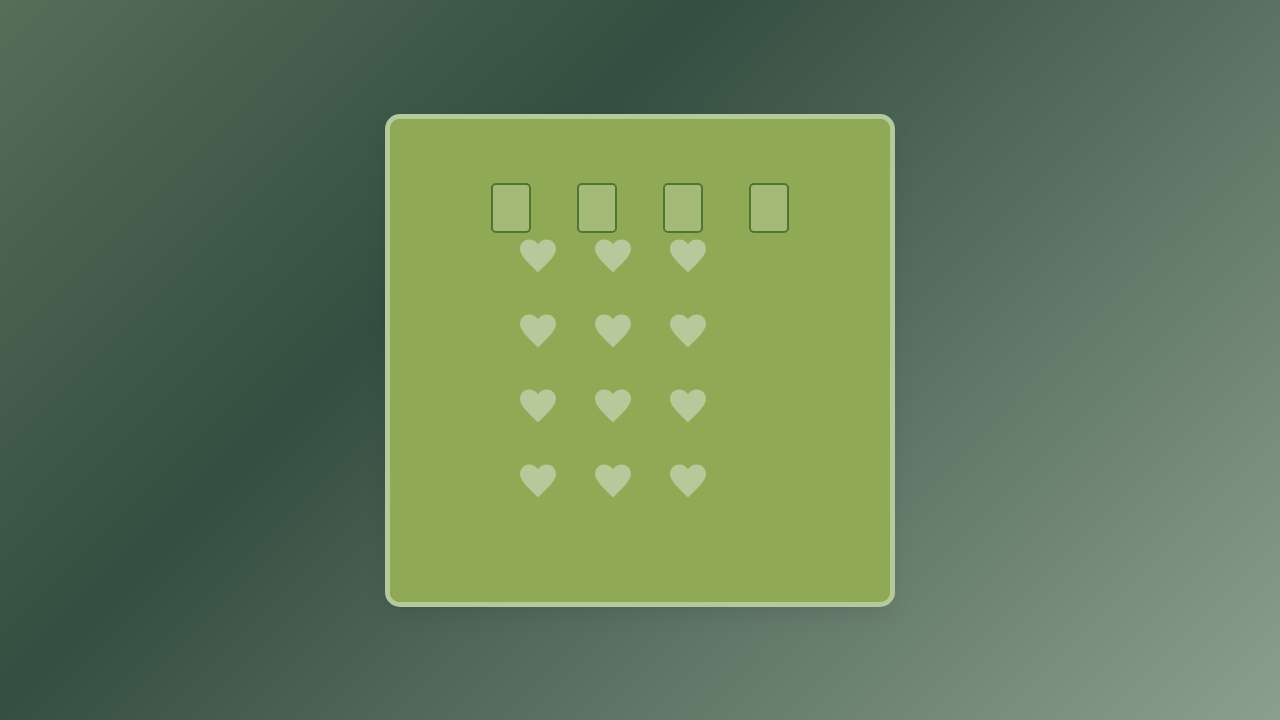
Repository: jahatesu/project-cutie
Page: index.html
An editor plug-in stored every save of this project. The page is shown before and after the next save, followed by the edit.
The browser window is 1280 px wide. The pictures show the whole page.
Some web libraries are served in a nearby version.

Above is the page before, as saved 2025-08-14 21:10:44.
Console error: TypeError: Cannot read properties of null (reading 'getBoundingClientRect')

### index.html
<!DOCTYPE html>
<html lang="en">
<head>
    <meta charset="UTF-8"
    meta http-equiv="X-UA-Compatible" content="IE=edge">
    <meta name="viewport" content="width=device-width, initial-scale=1.0">
    <title>idk yet</title>
    <link rel="stylesheet" href="https://cdnjs.cloudflare.com/ajax/libs/font-awesome/7.0.0/css/all.min.css">
    <link rel="stylesheet" href="style.css">
</head>

<body>
    <div class="wrapper">
        <!-- <i class="fa-solid fa-heart"></i>
        <h2 class="question">Do you wanna see why I think you’re the cutest?</h2>
        <div class="btn-group">
            <button class="btn-yes">Yes</button>
            <button class="btn-no">No</button>
        </div> -->

        <!-- PIN DISPLAY -->
         <div class="pin-display">
            <div class="pin-box"></div>
            <div class="pin-box"></div>
            <div class="pin-box"></div>
            <div class="pin-box"></div>
         </div>

         <!-- HEART BUTTONS -->
         <div class="heart-pad">
            <button data-num = "1">1</button>
          <button data-num = "2">2</button>
          <button data-num = "3">3</button>
          <button data-num = "4">4</button>
          <button data-num = "5">5</button>
          <button data-num = "6">6</button>
          <button data-num = "7">7</button>
          <button data-num = "8">8</button>
          <button data-num = "9">9</button>
          <button data-num = "*">*</button>
          <button data-num = "0">0</button>
          <button data-num = "#">#</button>
         </div>
    </div>

    <script src="script.js"></script>


</body>
</html>

### style.css
:root{
    --bg1:#e9f5db;
    --bg2:#90a955;
    --accent:#b5c99a;
    --ink:#232323;
    --splash-duration: 2600ms;
  }

*{
    margin: 0;
    padding: 0;
    box-sizing: border-box;
}

html, body {
    display: flex;
    justify-content: center;
    align-items: center;
    min-height: 100vh;
  width: 100%;
  height:100%;
}

body {
    background: linear-gradient(-45deg, #e9f5db, #344e41, #b5c99a, #23d5ab);
    background-size: 400% 400%;
    animation: gradient 15s ease infinite;
}

@keyframes gradient {
    0% {
        background-position: 0% 50%;
    }
    50% {
        background-position: 100% 50%;
    }
    100% {
        background-position: 0% 50%;
    }
}
.wrapper{
    position: relative;
    width: 90%;
    padding: 5%;
    max-width: 500px;
    margin: 50px 50px;
    height: fit-content;
    /* max-height: 50%; */
    background: #90a955;
    border-radius: 10px;
    display: flex;
    justify-content: center;
    align-items: center;
    box-shadow: 0 10px 25px rgba(0,0,0,0.1);
    flex-direction: column;
    text-align: center;
    outline: 5px solid #b5c99a;
}

.pin-display{
  display: flex;
  justify-content: space-between;
  margin-bottom: 20px;
  width: 80%;
}

.pin-box{
  width: clamp(30px, 9vw, 40px);
  height: clamp(30px, 9vw, 50px);
  border: 2px solid #4f772d;
  border-radius: 5px;
  background: rgba(255,255,255,0.2);
}

.heart-pad{
  display: grid;
   grid-template-columns: repeat(3, 60px);
  gap: 15px;
}

.heart-pad button {
  position: relative;
  width: 60px;
  height: 60px;
  font-size: 1.2rem;
  color: white;
  border: none;
  cursor: pointer;
  background: #b5c99a;
  clip-path: path("M12 4.248c-3.148-5.402-12-3.825-12 2.944 0 4.661 5.571 9.427 12 15.808 6.43-6.381 12-11.147 12-15.808 0-6.792-8.875-8.306-12-2.944z");
  transform: scale(1.5);

/* .wrapper i {
  font-size: 50px;
  margin-bottom: 10px;
  color: #e9f5db;
}

i{
    font-size:7.5em;
    color: #e9f5db;
    border: 5px solid transparent;
}

h2{
    font-size: 2em;
    color: #e9f5db;
    margin: 15px 0;
}
@media (max-width: 600px) {
  .h2 {
    font-size: 1.2rem;
  }
}

.btn-group{
    width: 100%;
    height: 40px;
    display: flex;
    justify-content: center;
    margin-top: 15px;
}

button {
    position: absolute;
    width: 150px;
    height: inherit;
    font-size: 1.2em;
    color: #e9f5db;
    font-weight: 600;
    border-radius: 30px;
    border: 2px solid #4f772d;
    cursor: pointer;
    box-shadow: 0 5px 15px rgba(0,0,0,0.3);
}

button:nth-child(1){
    margin-left: -200px;
    background: #4f772d;
    color: #b5c99a;
}

button:nth-child(2){
    margin-right: -200px;
    color: #b5c99a;
}

@media (max-width: 400px) {
  .question {
    font-size: 5vw;
  }
  button {
    font-size: 4vw;
  }
} */

### script.js
const wrapper = document.querySelector(".wrapper");
const question = document.querySelector(".question");
const yesBtn = document.querySelector(".btn-yes");
const noBtn = document.querySelector(".btn-no");

const wrapperRect = wrapper.getBoundingClientRect();
const noBtnRect = noBtn.getBoundingClientRect();


yesBtn.addEventListener('click', () => {
    question.innerHTML = 'I knew it! Love you too <3 ';
})

noBtn.addEventListener('mouseover', () => {
    const i = Math.floor(Math.random() * (wrapperRect.width - noBtnRect.width));
    const j = Math.floor(Math.random() * (wrapperRect.height - noBtnRect.height));
    noBtn.style.left = i + "px";
    noBtn.style.top = j + "px";
})

After the next save:
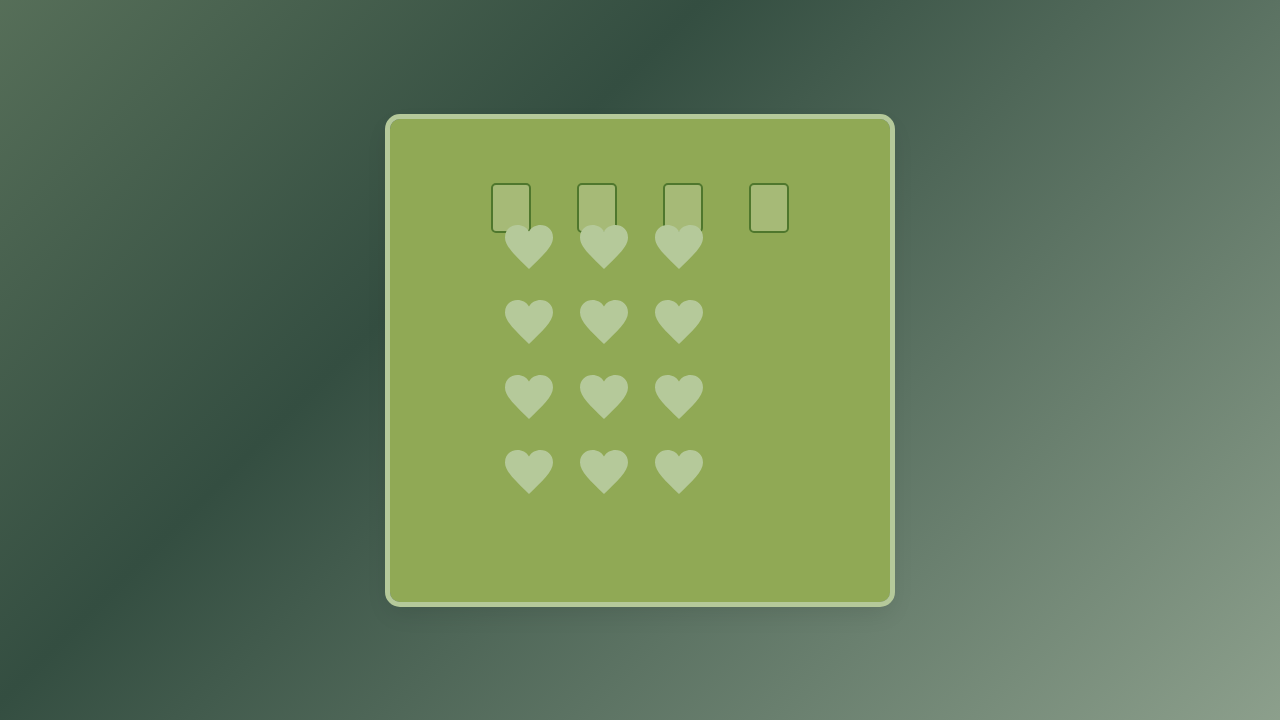
Saved 7 s later.
--- a/style.css
+++ b/style.css
@@ -88,7 +88,7 @@ body {
   cursor: pointer;
   background: #b5c99a;
   clip-path: path("M12 4.248c-3.148-5.402-12-3.825-12 2.944 0 4.661 5.571 9.427 12 15.808 6.43-6.381 12-11.147 12-15.808 0-6.792-8.875-8.306-12-2.944z");
-  transform: scale(1.5);
+  transform: scale(2);
 
 /* .wrapper i {
   font-size: 50px;
